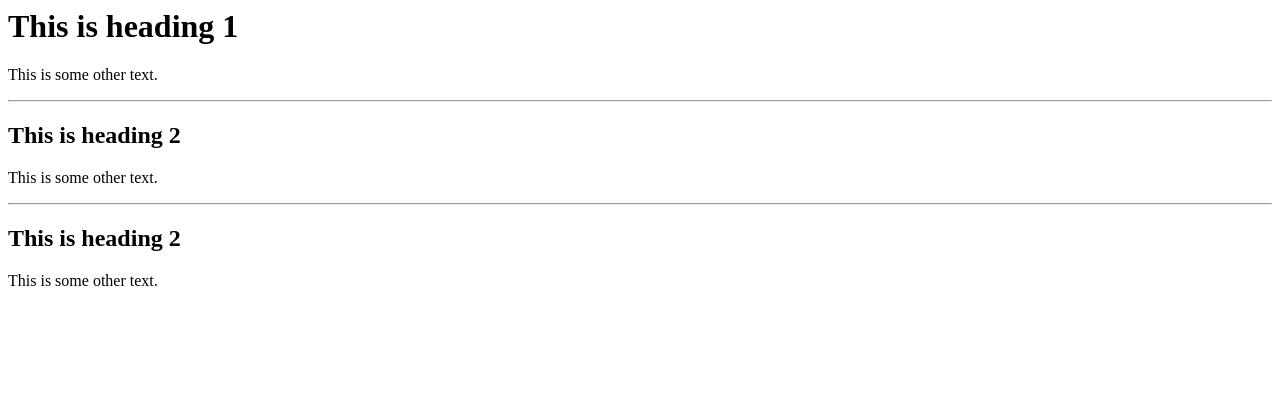
Repository: prathampatel1/pratham12.github.io
Page: project.html
The author's editor kept a record of every edit. The page is drawn from the files as they stood at one moment, then again after the next edit.
The browser window is 1280 px wide. The pictures show the whole page.

Above is the page before.

### project.html
<html>
<body>

<h1>This is heading 1</h1>
<p>This is some other text.</p>
<hr>

<h2>This is heading 2</h2>
<p>This is some other text.</p>
<hr>

<h2>This is heading 2</h2>
<p>This is some other text.</p>

</body>
</html>

After the next edit:
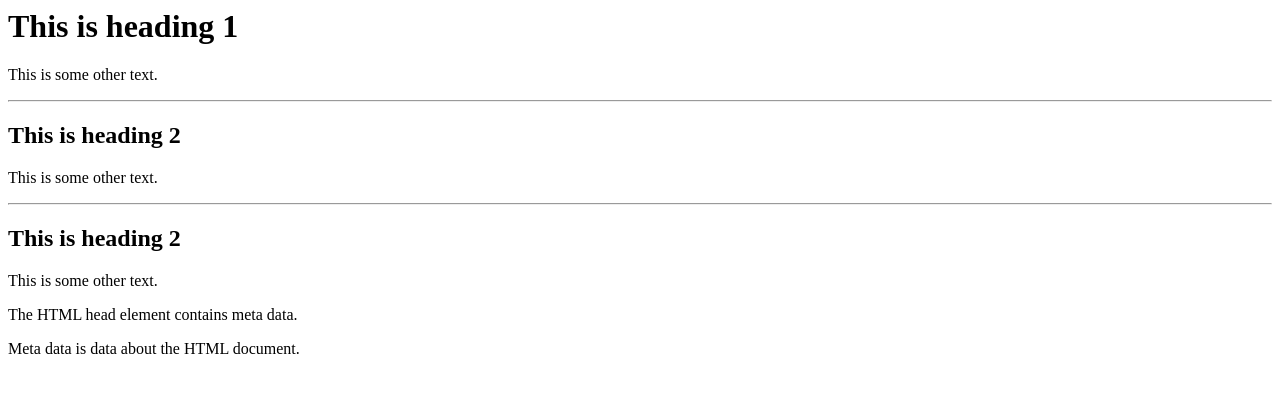
The edit:
--- a/project.html
+++ b/project.html
@@ -12,5 +12,7 @@
 <h2>This is heading 2</h2>
 <p>This is some other text.</p>
 
+<p>The HTML head element contains meta data.</p>
+<p>Meta data is data about the HTML document.</p>
 </body>
 </html>

After the edit that followed:
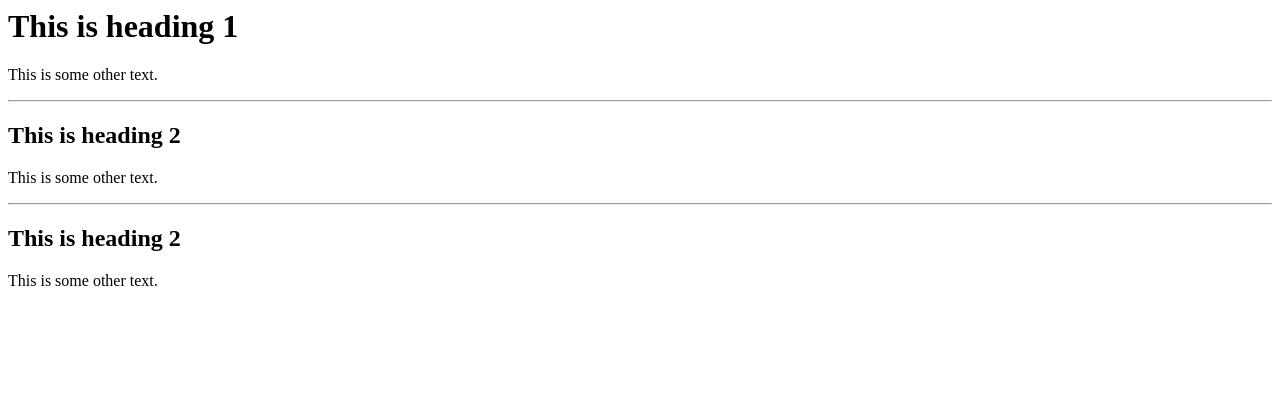
The edit:
--- a/project.html
+++ b/project.html
@@ -12,7 +12,5 @@
 <h2>This is heading 2</h2>
 <p>This is some other text.</p>
 
-<p>The HTML head element contains meta data.</p>
-<p>Meta data is data about the HTML document.</p>
 </body>
 </html>
